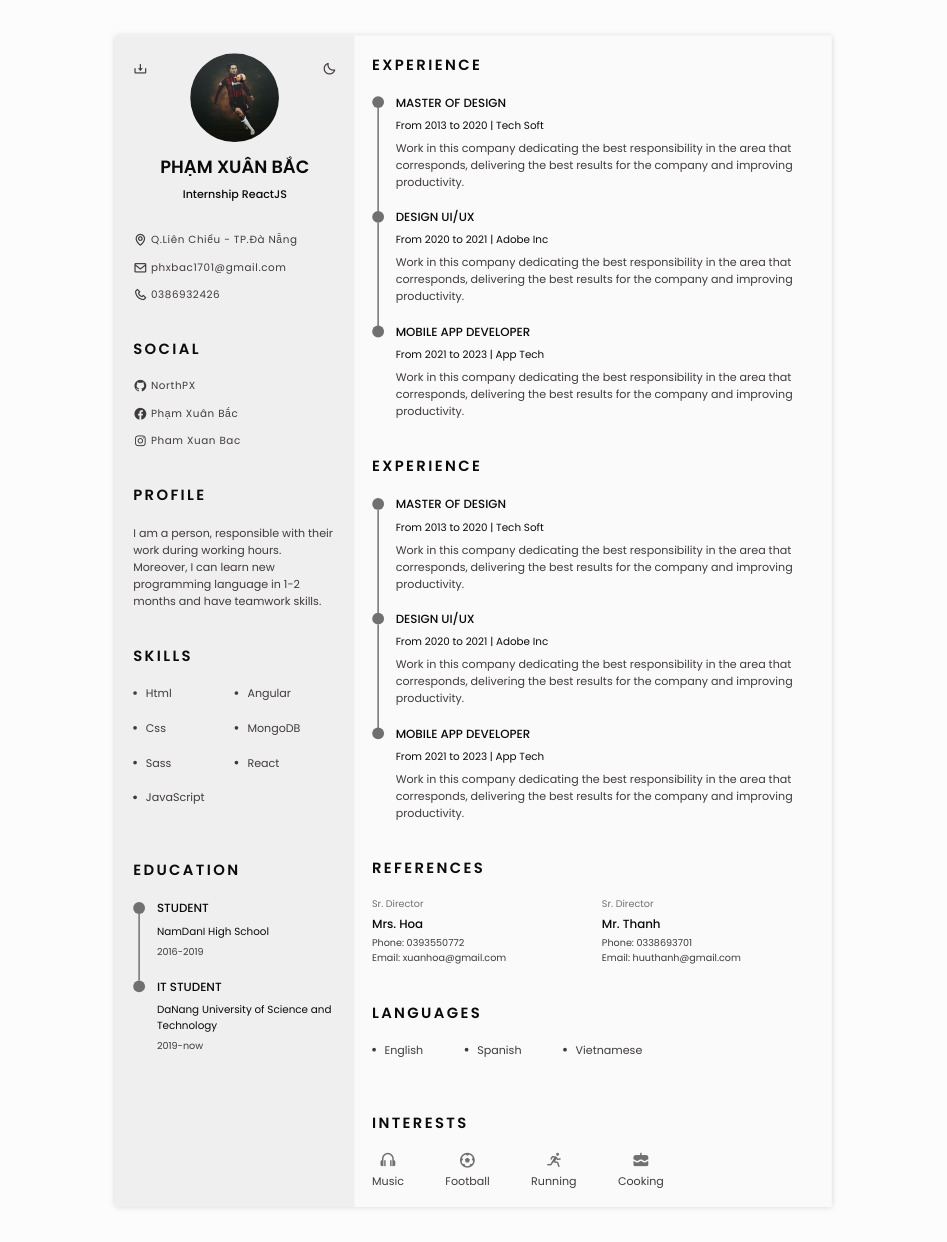
Repository: northpx/myCV
Page: index.html
These files come from the project's save history. The page is drawn as it stood at one moment and after the next save; the edit follows.
The browser window is 1280 px wide. The pictures show the whole page, at 74% of full size.

Above is the page before, as saved 2023-02-23 17:05:28.

After the next save:
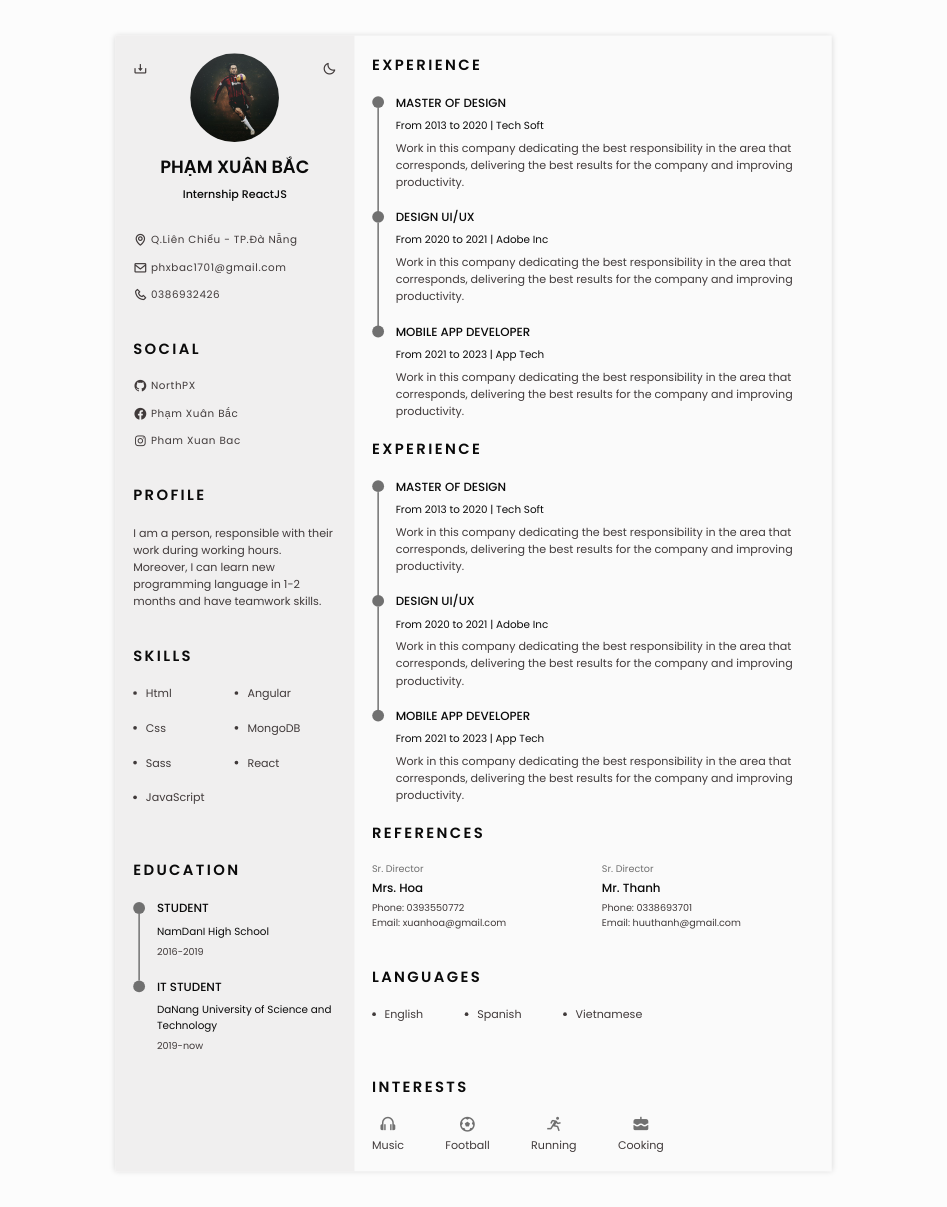
Saved 70 s later.
--- a/index.html
+++ b/index.html
@@ -223,7 +223,7 @@
                     </div>
                 </section>
 
-                <section class="experience section" id="experience">
+                <section class=" sexperienceection" id="experience">
                     <h2 class="section-title">experience</h2>
                     <div class="experience__container bd-grid">
                         <div class="experience__content">

After the save that followed:
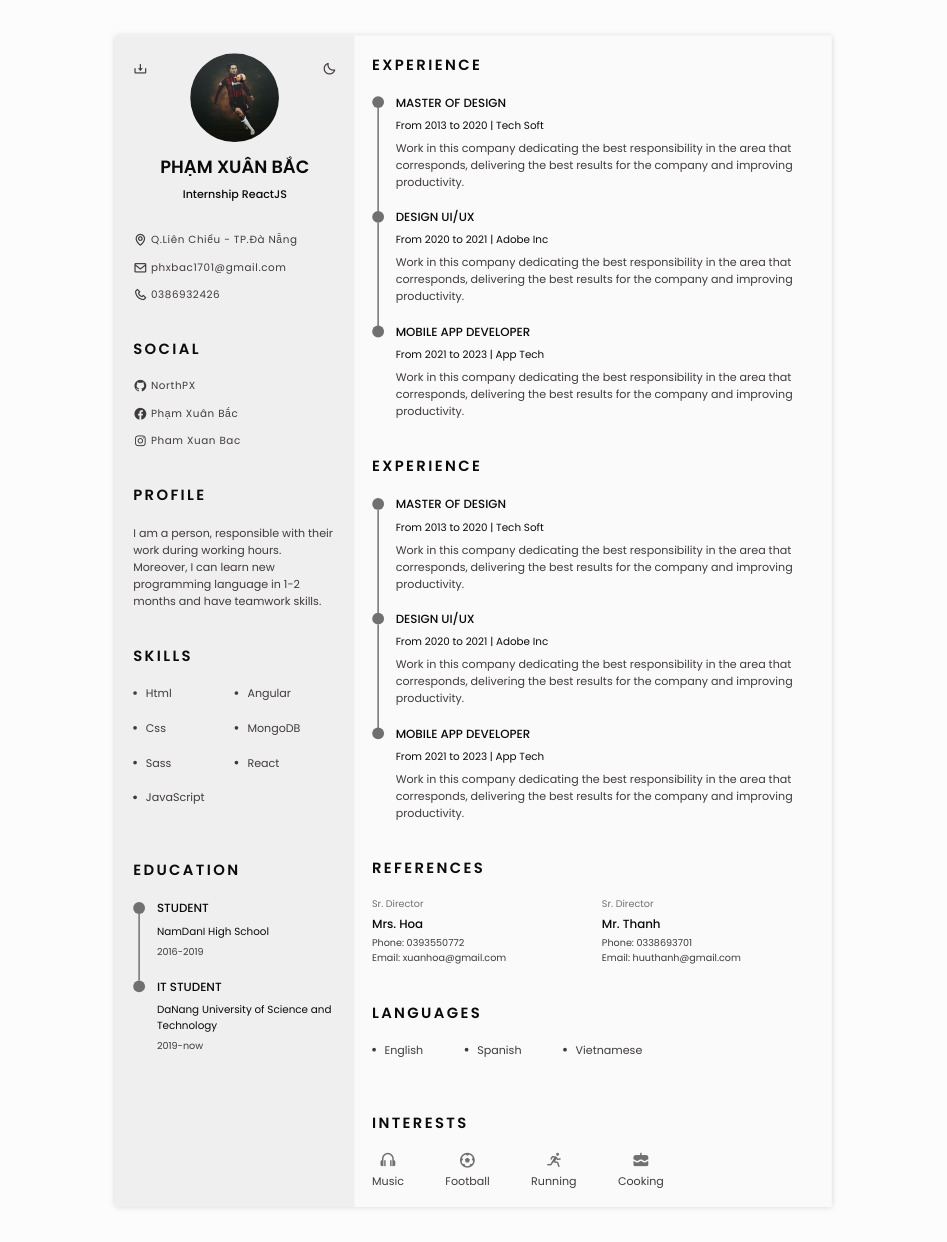
Saved 4 s later.
--- a/index.html
+++ b/index.html
@@ -223,7 +223,7 @@
                     </div>
                 </section>
 
-                <section class=" sexperienceection" id="experience">
+                <section class="experience section" id="experience">
                     <h2 class="section-title">experience</h2>
                     <div class="experience__container bd-grid">
                         <div class="experience__content">
